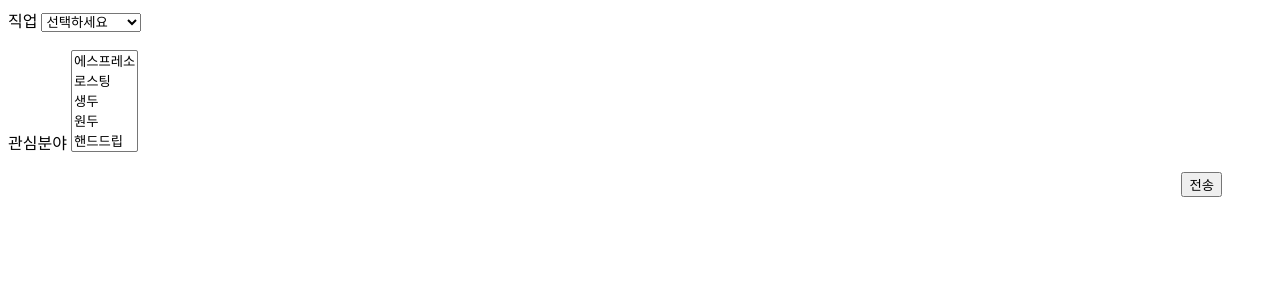
Repository: sinaboro/Jsp_202403
Page: http://localhost/web-study-02/10_select.jsp
An editor plug-in stored every save of this project. The page is shown before and after the next save, followed by the edit.
The browser window is 1280 px wide. The pictures show the whole page.
The page is served by Tomcat 9. Other server files are loaded and not shown.

Above is the page before, as saved 2024-02-29 03:58:23.

### web-study-02/src/main/webapp/10_select.jsp
<%@ page language="java" contentType="text/html; charset=UTF-8"
    pageEncoding="UTF-8"%>
<!DOCTYPE html>
<html>
<head>
<meta charset="UTF-8">
<title>Insert title here</title>
</head>
<body>
	<form method="get" action="SelectServlet">
		<!-- <span style="float: left; margin-right: 20px">  -->
			<label for="job">직업</label>
			<select id="job" name="job" size="1">
				<option value="">선택하세요</option>
				<option value="학생">학생</option>
				<option value="컴퓨터/인터넷">컴퓨터/인터넷</option>
				<option value="언론">언론</option>
				<option value="공무원">공무원</option>
				<option value="군인">군인</option>
				<option value="서비스업">서비스업</option>
				<option value="교육">교육</option>
			</select>
		<!-- </span> -->
		 <br><br>
<!-- 		<label for="interest" style="float: left;">관심분야</label> -->
		<label for="interest">관심분야</label>
		<select	id="interest" name="interest" size='5' multiple="multiple">
			<option value="에스프레소">에스프레소</option>
			<option value="로스팅">로스팅</option>
			<option value="생두">생두</option>
			<option value="원두">원두</option>
			<option value="핸드드립">핸드드립</option>
		</select>
		<br><br>
		<input type="submit" value="전송" style="float: right; margin-right: 50px">
	</form>
</body>
</html>

After the next save:
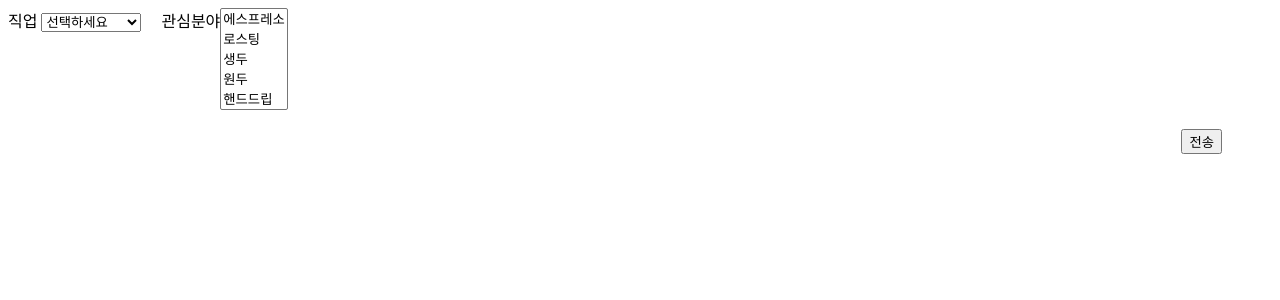
Saved 34 s later.
--- a/web-study-02/src/main/webapp/10_select.jsp
+++ b/web-study-02/src/main/webapp/10_select.jsp
@@ -8,7 +8,7 @@
 </head>
 <body>
 	<form method="get" action="SelectServlet">
-		<!-- <span style="float: left; margin-right: 20px">  -->
+		<span style="float: left; margin-right: 20px">
 			<label for="job">직업</label>
 			<select id="job" name="job" size="1">
 				<option value="">선택하세요</option>
@@ -20,10 +20,9 @@
 				<option value="서비스업">서비스업</option>
 				<option value="교육">교육</option>
 			</select>
-		<!-- </span> -->
-		 <br><br>
-<!-- 		<label for="interest" style="float: left;">관심분야</label> -->
-		<label for="interest">관심분야</label>
+		</span>
+
+		<label for="interest" style="float: left;">관심분야</label>
 		<select	id="interest" name="interest" size='5' multiple="multiple">
 			<option value="에스프레소">에스프레소</option>
 			<option value="로스팅">로스팅</option>
